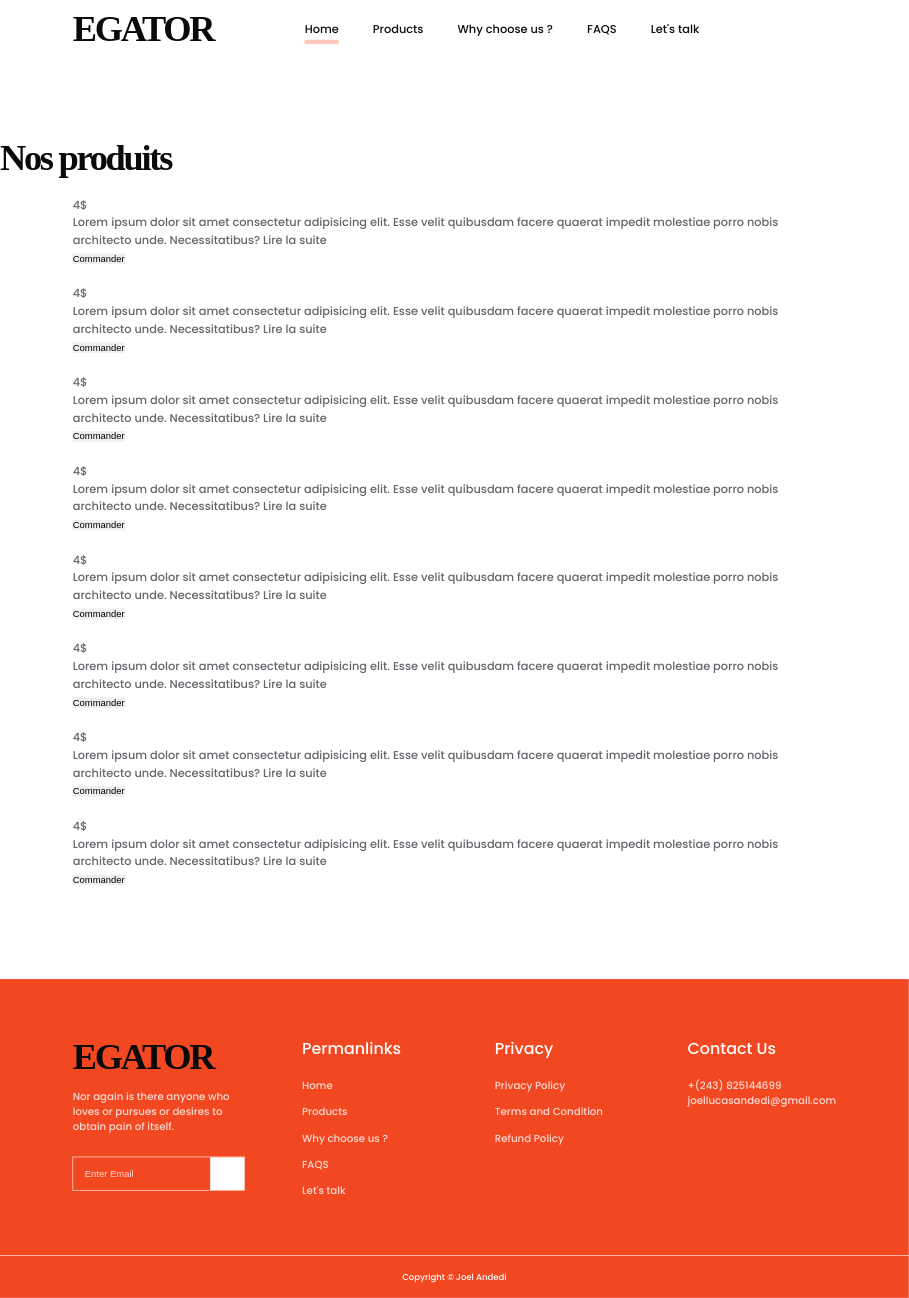
Repository: lucas-andedi/healthy
Page: produit.html
An editor plug-in stored every save of this project. The page is shown before and after the next save, followed by the edit.
The browser window is 1280 px wide. The pictures show the whole page, at 71% of full size.
Some icons come from a web library that is not loaded, so they are not drawn. Some web fonts or font styles are not loaded; a fallback is used.

Above is the page before, as saved 2022-07-12 23:12:06.

After the next save:
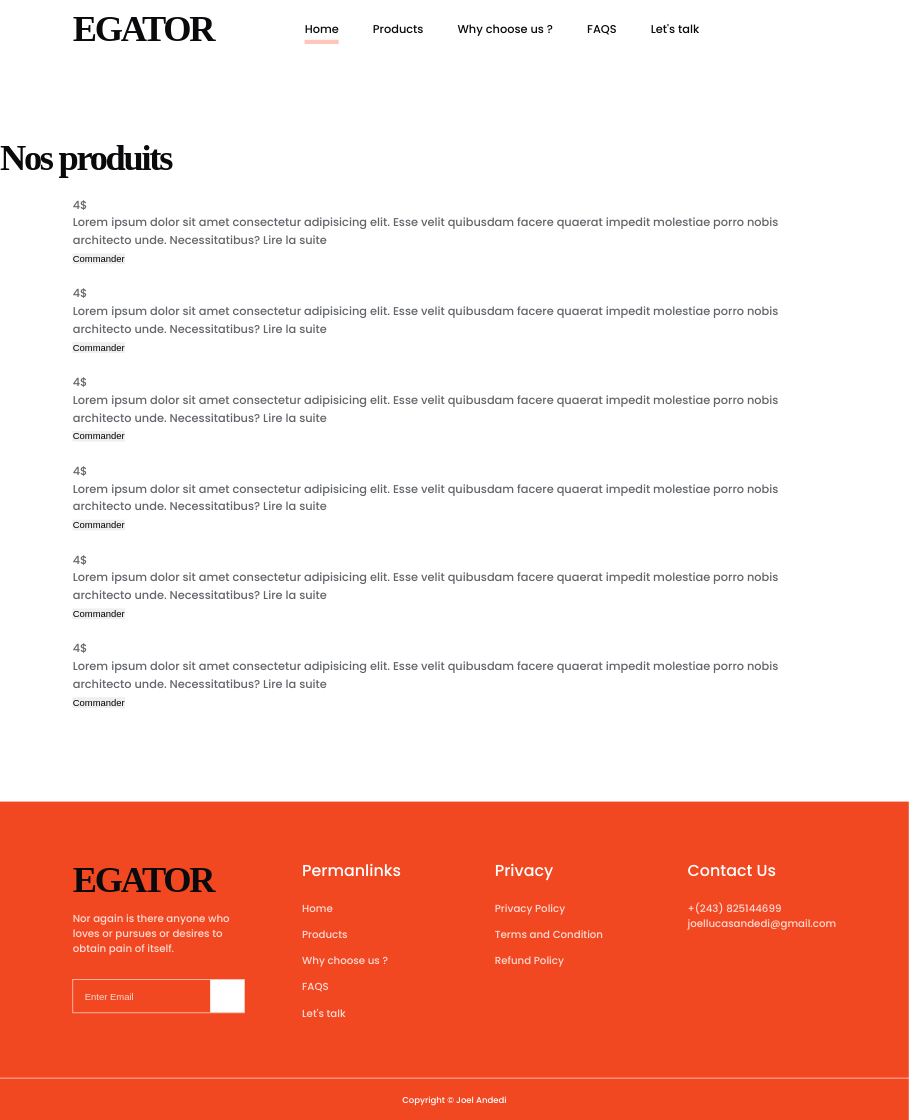
Saved 5 s later.
--- a/produit.html
+++ b/produit.html
@@ -158,42 +158,6 @@
             </div>
             <button>Commander</button>
           </article>
-
-          <article>
-            <div class="banner">
-              <div class="image">
-                <img src="" alt="" />
-              </div>
-              <div class="price">4$</div>
-            </div>
-            <div class="content">
-              <p>
-                Lorem ipsum dolor sit amet consectetur adipisicing elit. Esse
-                velit quibusdam facere quaerat impedit molestiae porro nobis
-                architecto unde. Necessitatibus? <span>Lire la suite</span>
-              </p>
-            </div>
-            <button>Commander</button>
-          </article>
-
-          <article>
-            <div class="banner">
-              <div class="image">
-                <img src="" alt="" />
-              </div>
-              <div class="price">4$</div>
-            </div>
-            <div class="content">
-              <p>
-                Lorem ipsum dolor sit amet consectetur adipisicing elit. Esse
-                velit quibusdam facere quaerat impedit molestiae porro nobis
-                architecto unde. Necessitatibus? <span>Lire la suite</span>
-              </p>
-            </div>
-            <button>Commander</button>
-          </article>
-
-
       </div>
     </section>
 
